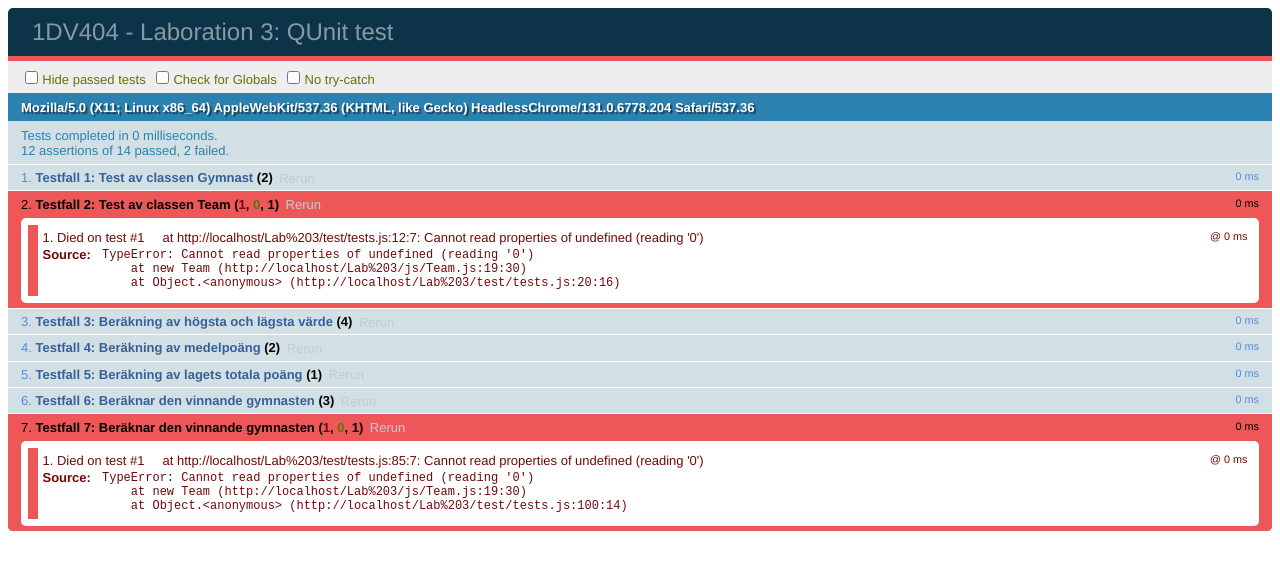
Repository: Holmewi/1dv404-jh222qr-laborationer
Page: Lab 3/test.html
The author's editor kept a record of every edit. The page is drawn from the files as they stood at one moment, then again after the next edit.
The browser window is 1280 px wide. The pictures show the whole page.

Above is the page before.

### Lab 3/test.html
<!DOCTYPE HTML>
<html lang="sv">

<head>
    <meta charset="utf-8" />
    <title>1DV404 - Laboration 3: QUnit test</title>
    <link rel="stylesheet" href="test/qunit-1.16.0.css">
</head>

<body>

<div id="qunit"></div>
<div id="qunit-fixture"></div>

    <script src="test/qunit-1.16.0.js"></script>
    <script src="test/tests.js"></script>
    <script src="js/testclasses.js"></script>
    <script src="js/Gymnast.js"></script>
    <script src="js/Team.js"></script>

</body>
</html>

### Lab 3/test/qunit-1.16.0.css
/*!
 * QUnit 1.16.0
 * http://qunitjs.com/
 *
 * Copyright 2006, 2014 jQuery Foundation and other contributors
 * Released under the MIT license
 * http://jquery.org/license
 *
 * Date: 2014-12-03T16:32Z
 */

/** Font Family and Sizes */

#qunit-tests, #qunit-header, #qunit-banner, #qunit-testrunner-toolbar, #qunit-userAgent, #qunit-testresult {
	font-family: "Helvetica Neue Light", "HelveticaNeue-Light", "Helvetica Neue", Calibri, Helvetica, Arial, sans-serif;
}

#qunit-testrunner-toolbar, #qunit-userAgent, #qunit-testresult, #qunit-tests li { font-size: small; }
#qunit-tests { font-size: smaller; }


/** Resets */

#qunit-tests, #qunit-header, #qunit-banner, #qunit-userAgent, #qunit-testresult, #qunit-modulefilter {
	margin: 0;
	padding: 0;
}


/** Header */

#qunit-header {
	padding: 0.5em 0 0.5em 1em;

	color: #8699A4;
	background-color: #0D3349;

	font-size: 1.5em;
	line-height: 1em;
	font-weight: 400;

	border-radius: 5px 5px 0 0;
}

#qunit-header a {
	text-decoration: none;
	color: #C2CCD1;
}

#qunit-header a:hover,
#qunit-header a:focus {
	color: #FFF;
}

#qunit-testrunner-toolbar label {
	display: inline-block;
	padding: 0 0.5em 0 0.1em;
}

#qunit-banner {
	height: 5px;
}

#qunit-testrunner-toolbar {
	padding: 0.5em 1em 0.5em 1em;
	color: #5E740B;
	background-color: #EEE;
	overflow: hidden;
}

#qunit-userAgent {
	padding: 0.5em 1em 0.5em 1em;
	background-color: #2B81AF;
	color: #FFF;
	text-shadow: rgba(0, 0, 0, 0.5) 2px 2px 1px;
}

#qunit-modulefilter-container {
	float: right;
}

/** Tests: Pass/Fail */

#qunit-tests {
	list-style-position: inside;
}

#qunit-tests li {
	padding: 0.4em 1em 0.4em 1em;
	border-bottom: 1px solid #FFF;
	list-style-position: inside;
}

#qunit-tests > li {
	display: none;
}

#qunit-tests li.pass, #qunit-tests li.running, #qunit-tests li.fail {
	display: list-item;
}

#qunit-tests.hidepass li.pass, #qunit-tests.hidepass li.running  {
	display: none;
}

#qunit-tests li strong {
	cursor: pointer;
}

#qunit-tests li.skipped strong {
	cursor: default;
}

#qunit-tests li a {
	padding: 0.5em;
	color: #C2CCD1;
	text-decoration: none;
}
#qunit-tests li a:hover,
#qunit-tests li a:focus {
	color: #000;
}

#qunit-tests li .runtime {
	float: right;
	font-size: smaller;
}

.qunit-assert-list {
	margin-top: 0.5em;
	padding: 0.5em;

	background-color: #FFF;

	border-radius: 5px;
}

.qunit-collapsed {
	display: none;
}

#qunit-tests table {
	border-collapse: collapse;
	margin-top: 0.2em;
}

#qunit-tests th {
	text-align: right;
	vertical-align: top;
	padding: 0 0.5em 0 0;
}

#qunit-tests td {
	vertical-align: top;
}

#qunit-tests pre {
	margin: 0;
	white-space: pre-wrap;
	word-wrap: break-word;
}

#qunit-tests del {
	background-color: #E0F2BE;
	color: #374E0C;
	text-decoration: none;
}

#qunit-tests ins {
	background-color: #FFCACA;
	color: #500;
	text-decoration: none;
}

/*** Test Counts */

#qunit-tests b.counts                       { color: #000; }
#qunit-tests b.passed                       { color: #5E740B; }
#qunit-tests b.failed                       { color: #710909; }

#qunit-tests li li {
	padding: 5px;
	background-color: #FFF;
	border-bottom: none;
	list-style-position: inside;
}

/*** Passing Styles */

#qunit-tests li li.pass {
	color: #3C510C;
	background-color: #FFF;
	border-left: 10px solid #C6E746;
}

#qunit-tests .pass                          { color: #528CE0; background-color: #D2E0E6; }
#qunit-tests .pass .test-name               { color: #366097; }

#qunit-tests .pass .test-actual,
#qunit-tests .pass .test-expected           { color: #999; }

#qunit-banner.qunit-pass                    { background-color: #C6E746; }

/*** Failing Styles */

#qunit-tests li li.fail {
	color: #710909;
	background-color: #FFF;
	border-left: 10px solid #EE5757;
	white-space: pre;
}

#qunit-tests > li:last-child {
	border-radius: 0 0 5px 5px;
}

#qunit-tests .fail                          { color: #000; background-color: #EE5757; }
#qunit-tests .fail .test-name,
#qunit-tests .fail .module-name             { color: #000; }

#qunit-tests .fail .test-actual             { color: #EE5757; }
#qunit-tests .fail .test-expected           { color: #008000; }

#qunit-banner.qunit-fail                    { background-color: #EE5757; }

/*** Skipped tests */

#qunit-tests .skipped {
	background-color: #EBECE9;
}

#qunit-tests .qunit-skipped-label {
	background-color: #F4FF77;
	display: inline-block;
	font-style: normal;
	color: #366097;
	line-height: 1.8em;
	padding: 0 0.5em;
	margin: -0.4em 0.4em -0.4em 0;
}

/** Result */

#qunit-testresult {
	padding: 0.5em 1em 0.5em 1em;

	color: #2B81AF;
	background-color: #D2E0E6;

	border-bottom: 1px solid #FFF;
}
#qunit-testresult .module-name {
	font-weight: 700;
}

/** Fixture */

#qunit-fixture {
	position: absolute;
	top: -10000px;
	left: -10000px;
	width: 1000px;
	height: 1000px;
}

### Lab 3/test/tests.js
QUnit.test( "Testfall 1: Test av classen Gymnast", function(assert) {
    var gymnast = new Gymnast("Sara Larsson", 203)

    var expected = {
            name: "Sara Larsson",
            id: 203,
        };
    assert.equal(gymnast.getName(), expected.name, "The object returns the name");
    assert.equal(gymnast.getId(), expected.id, "The object returns the id");
});

QUnit.test( "Testfall 2: Test av classen Team", function(assert) {
    var gymnasts = [
		{name: "Erik Svensson", id : 226},
		{name: "Sara Larsson", id : 188},
		{name: "Thomas Björk", id : 197},
		{name: "Jenny Ahl", id : 256},
	];

    var team = new Team("FC Calmare", 26, gymnasts)

    var expected = {
            teamName: "FC Calmare",
            teamId: 26,
            gymnasts: [
        		{name: "Erik Svensson", id : 226},
        		{name: "Sara Larsson", id : 188},
        		{name: "Thomas Björk", id : 197},
        		{name: "Jenny Ahl", id : 256},
        	]
        };

    assert.equal(team.getName(), expected.teamName, "The object returns the name");
    assert.equal(team.getId(), expected.teamId, "The object returns the id");
    assert.equal(team.getGymnasts()[0].name, expected.gymnasts[0].name, "The object returns the gymnast name");
    assert.equal(team.getGymnasts()[0].id, expected.gymnasts[0].id, "The object returns the gymnast id");
});

QUnit.test( "Testfall 3: Beräkning av högsta och lägsta värde", function(assert) {
    var gymnastPnts1 = [2, -1, 4, 8, 5];
    var gymnastPnts2 = [5, 6, 4, 11, 7];
    var gymnastPnts3 = [2, 10, 5, 7, 4];
    var gymnastPnts4 = [2, 10, 5, 7, 4];

    assert.throws(CalculateGymnastMediumPnt(gymnastPnts1), "ERROR! The point is to low");
    assert.throws(CalculateGymnastMediumPnt(gymnastPnts2), "ERROR! The point is to hig");
    assert.equal(CalculateGymnastMediumPnt(gymnastPnts3).minPnt, 2, "The lowerst point is 2.");
    assert.equal(CalculateGymnastMediumPnt(gymnastPnts4).maxPnt, 10, "The highest point is 10.");
});

QUnit.test( "Testfall 4: Beräkning av medelpoäng", function(assert) {
    var gymnastPnts1 = [7, 9, 5, 10, 4];
    var gymnastPnts2 = [7, 10, 9, 10, 6];

    assert.equal(CalculateGymnastMediumPnt(gymnastPnts1).gymnastMediumScore, 7, "The average point is 7.");
    assert.equal(CalculateGymnastMediumPnt(gymnastPnts2).gymnastMediumScore, 8.67, "The average point is 8,67.");
});


QUnit.test( "Testfall 5: Beräkning av lagets totala poäng", function(assert) {
    var gymnasts1 = [
		{name: "Erik Svensson", id : 226, point: 8},
		{name: "Sara Larsson", id : 188, point: 9},
		{name: "Thomas Björk", id : 197, point: 7},
		{name: "Jenny Ahl", id : 256, point: 8}
	];

	assert.equal(CalcTeamPnt(gymnasts1).teamPnt, 32, "The team total point is 32");

});

QUnit.test( "Testfall 6: Beräknar den vinnande gymnasten", function(assert) {
    var gymnasts1 = [
		{name: "Erik Svensson", id : 226, point: 8},
		{name: "Sara Larsson", id : 188, point: 9},
		{name: "Thomas Björk", id : 197, point: 7},
		{name: "Jenny Ahl", id : 256, point: 6}
	];

	assert.equal(CalcTeamPnt(gymnasts1).gold, "Sara Larsson is the winner with 9 points", CalcTeamPnt(gymnasts1).gold);
    assert.equal(CalcTeamPnt(gymnasts1).silver, "Erik Svensson comes second with 8 points", CalcTeamPnt(gymnasts1).silver);
    assert.equal(CalcTeamPnt(gymnasts1).bronze, "Thomas Björk comes third with 7 points", CalcTeamPnt(gymnasts1).bronze);
});

QUnit.test( "Testfall 7: Beräknar den vinnande gymnasten", function(assert) {
    var gymnasts1 = [
		{name: "Erik Svensson", id : 226, point: 8},
		{name: "Sara Larsson", id : 188, point: 9},
		{name: "Thomas Björk", id : 197, point: 7},
		{name: "Jenny Ahl", id : 256, point: 6}
	];

	var gymnasts2 = [
		{name: "Mathila Jonsson", id : 334, point: 6},
		{name: "Jonas Sjöbom", id : 34, point: 4},
		{name: "Elin Dahlkvist", id : 339, point: 8},
		{name: "Tobias Torfeltd", id : 114, point: 7}
	];

	var team1 = new Team("FC Calmare", 26, gymnasts1);
	var team2 = new Team("Nybro IF", 15, gymnasts2);

	console.log(CalcTeamPnt(team1.getGymnasts()).teamPnt);
	console.log(CalcTeamPnt(team2.getGymnasts()).teamPnt);

	assert.equal(CalcTeamPnt(team1.getGymnasts()).teamPnt, 30, team1.getName() + " is the winner with " + CalcTeamPnt(team1.getGymnasts()).teamPnt);
	assert.equal(CalcTeamPnt(team2.getGymnasts()).teamPnt, 25, team2.getName() + " is the loser with " + CalcTeamPnt(team2.getGymnasts()).teamPnt);
});

### Lab 3/js/testclasses.js
function CalculateGymnastMediumPnt(gymnastPnts){

    // gymnastPnts är en array med fem värden som matas in av sekreteraren för varje gren

    try{

        var gymnastAddedScore = 0;
        var gymnastMediumScore = 0;
        var points;

        function sortNumber(a,b) {
            return a - b;
        }

        gymnastPnts.sort(sortNumber);
        gymnastPnts.reverse();
        console.log(gymnastPnts);

        // Sätter maxpoäng och minsta poäng
        var minPnt = gymnastPnts[gymnastPnts.length - 1];
    	var maxPnt = gymnastPnts[0];

        // Tar bort den högsta och lägsta poängen
        gymnastPnts.splice(0, 1);
        gymnastPnts.splice(3, 4);
        console.log(gymnastPnts);

        gymnastAddedScore = gymnastPnts.reduce(function(a,b){return a+b;});
        console.log(gymnastAddedScore);

        gymnastMediumScore = Math.round((gymnastAddedScore / gymnastPnts.length) * 100) / 100;
        console.log("Gymnast Medium Score: " + gymnastMediumScore);

        points = {minPnt : minPnt, maxPnt : maxPnt, gymnastMediumScore : gymnastMediumScore};

        return points;
    }
	catch(error){
		console.log(error.message);
	}
}

function CalcTeamPnt(teamGymnasts){

    // teamGymnasts är en array med samtliga gymnaster i laget


    try{
        var scores = [];
        var points;
        var teamPnt = 0;
        var gold, silver, bronze;

        teamGymnasts.forEach(function(member, index){
			scores[index] = member.point;
			if (member.point < 0) {
			    throw new Error("To low point");
			}
			if (member.point > 10) {
			    throw new Error("To high point");
			}
		});

		function sortNumber(a,b) {
            return a - b;
        }

		scores.sort(sortNumber);

		console.log(scores);

		teamGymnasts.forEach(function(member){

    		if(member.point == scores[scores.length - 1]){
    			gold = member.name + " is the winner with " + member.point + " points";
    		}
    		if(member.point == scores[scores.length - 2]){
    			silver = member.name + " comes second with " + member.point + " points";
    		}
    		if(member.point == scores[scores.length - 3]){
    			bronze = member.name + " comes third with " + member.point + " points";
    		}
    	});

		// Adderar värdena i arrayen
        teamPnt = scores.reduce(function(a,b){return a+b;});
        console.log("Team Added Score: " + teamPnt);

        // Sätter maxpoäng och minsta poäng
        // Här inser jag nyttan med att skicka med en array med gymnast-objekt
        // På så vis kan jag enklare lista vilken gymnast som är bäst
        //var minPnt = teamPnts[teamPnts.length - 1];
    	//var maxPnt = teamPnts[0];

    	console.log(gold);


        points = {teamPnt : teamPnt, gold : gold, silver : silver, bronze : bronze};

        return points;
    }
	catch(error){
		console.log(error.message);
	}
}

### Lab 3/js/Gymnast.js
"use strict";

function Gymnast(name, id){
    var score = 0;

    this.getName = function() { return name; };
    this.setName = function(_name) { name = _name };
    this.getId = function() { return id; };
    this.setId = function(_id) { id = _id };

    this.setName(name);
    this.setId(id);
}

Gymnast.prototype.point = function(mediumScore) {
    console.log(mediumScore);




    this.getScore = function() { return mediumScore; };
    this.setScore = function(_score) { mediumScore = _score };

    this.setScore(mediumScore);


    //return mediumScore;
};

### Lab 3/js/Team.js
"use strict";

function Team(teamName, teamId, amount, gymnasts){
    this.getCount = 0;
    console.log(this.getCount);

    this.getName = function() { return teamName; };
    this.setName = function(_name) { teamName = _name };
    this.getId = function() { return teamId; };
    this.setId = function(_id) { teamId = _id };
    this.getAmount = function() { return amount };
    this.setAmount = function(_amount) { amount = _amount };
    this.getGymnasts = function() { return gymnasts[this.getCount]; };
    this.setGymnasts = function(_gymnasts) { gymnasts[this.getCount] = _gymnasts };

    this.setName(teamName);
    this.setId(teamId);
    this.setAmount(amount);
    this.setGymnasts(gymnasts[this.getCount]);

    console.log(gymnasts);
}

Team.prototype.teamPnts = function(teamPnt) {
    this.getTeamPnt = function() { return teamPnt; };
    this.setTeamPnt = function(_teamPnt) { teamPnt = _teamPnt };

    this.setTeamPnt(teamPnt);
};

Team.prototype.teamTotalPnts = function(teamAddedPnts) {
    this.getTeamTotalPnts = function() { return teamAddedPnts; };
    this.setTeamTotalPnts = function(_teamAddedPnts) { teamAddedPnts = _teamAddedPnts };

    this.setTeamTotalPnts(teamAddedPnts);
};

Team.prototype.teamLeaguePnts = function(teamTotalPnts) {
    this.getTeamLeaguePnts = function() { return teamTotalPnts; };
    this.setTeamLeaguePnts = function(_teamTotalPnts) { teamTotalPnts = _teamTotalPnts };

    this.setTeamLeaguePnts(teamTotalPnts);
};

Loaded but not shown: Lab 3/test/qunit-1.16.0.js (2819 lines, source omitted)

After the next edit:
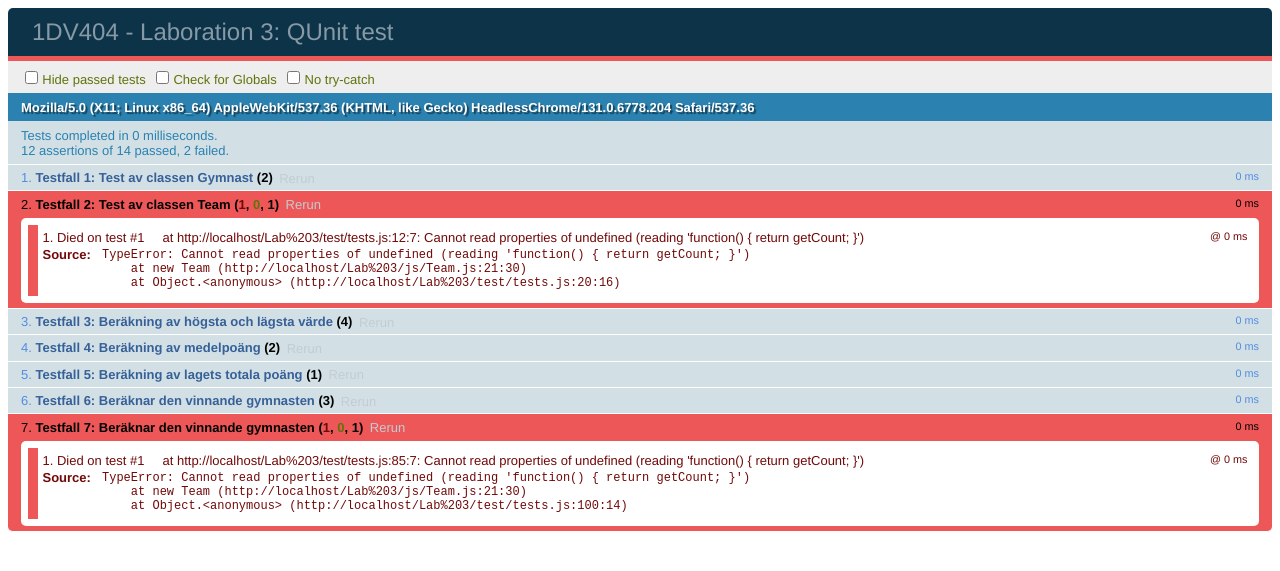
The edit:
--- a/Lab 3/js/Team.js
+++ b/Lab 3/js/Team.js
@@ -1,8 +1,10 @@
 "use strict";
 
 function Team(teamName, teamId, amount, gymnasts){
-    this.getCount = 0;
+    var getCount;
     console.log(this.getCount);
+    this.getCount = function() { return getCount; };
+    this.setCount = function(_getCount) { getCount = _getCount };
 
     this.getName = function() { return teamName; };
     this.setName = function(_name) { teamName = _name };
